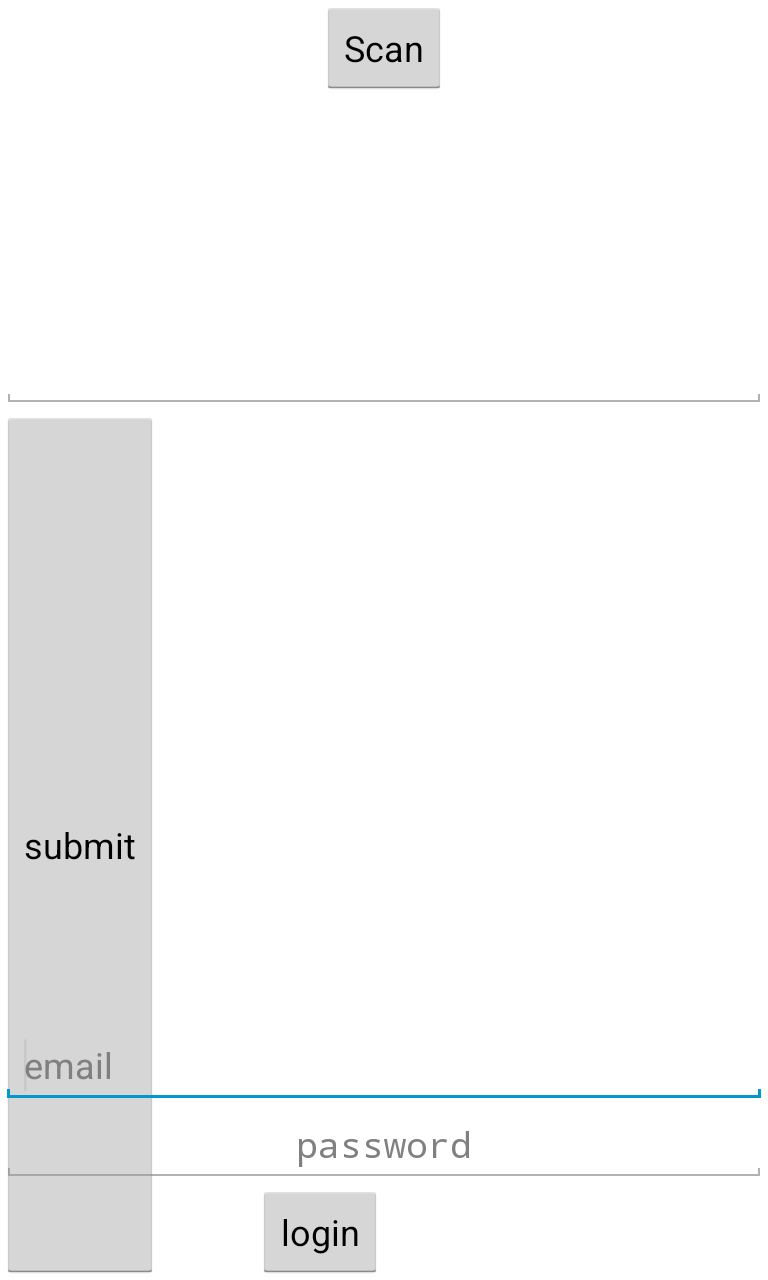
Repository: jessewang129/BarcodeScanner
Layout: nwhack/res/layout/activity_main.xml
An editor plug-in stored every save of this project. The layout is shown before and after the next save, followed by the edit.
It is drawn on a 768 x 1280 px phone screen (xhdpi) without system bars, with theme AppTheme; the app's code is not run.

Above is the layout before, as saved 2015-03-15 12:45:37.

After the next save:
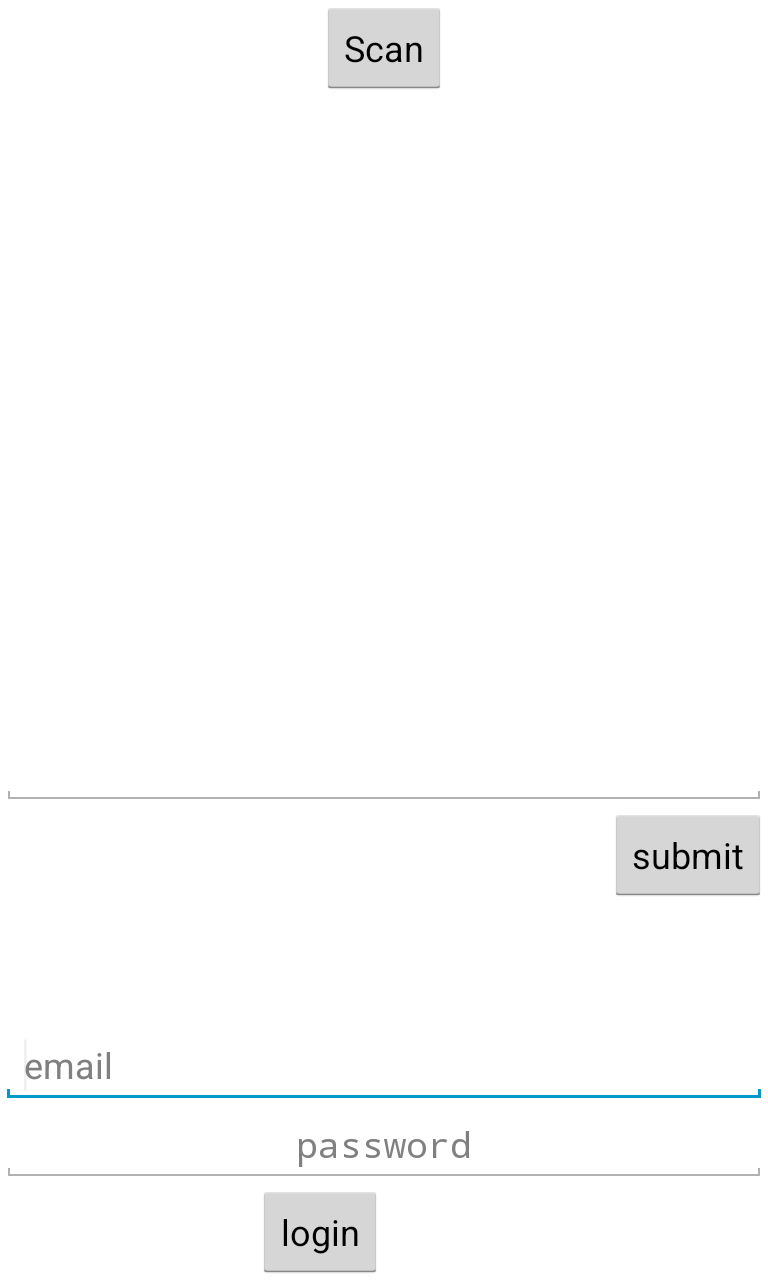
Saved 113 s later.
--- a/nwhack/res/layout/activity_main.xml
+++ b/nwhack/res/layout/activity_main.xml
@@ -51,23 +51,15 @@
 	    android:layout_toLeftOf="@+id/scan_format"
 	    android:text="@string/login" />
 
-	<Button
-	    android:id="@+id/submit_button"
-	    android:layout_width="wrap_content"
-	    android:layout_height="wrap_content"
-	    android:layout_alignParentBottom="true"
-	    android:layout_below="@+id/description"
-	    android:text="@string/submit" />
-
 	<EditText
 	    android:id="@+id/description"
 	    android:layout_width="fill_parent"
 	    android:layout_height="wrap_content"
+	    android:layout_above="@+id/submit_button"
+	    android:layout_alignParentLeft="true"
 	    android:layout_below="@+id/product_name"
-	    android:layout_alignParentLeft="true"
 	    android:ems="10"
-	    android:inputType="text"
-	    android:maxLines="1" />
+	    android:inputType="text" />
 
 	<EditText
 	    android:id="@+id/email_address"
@@ -92,4 +84,12 @@
 	    android:layout_marginTop="32dp"
 	    android:textAppearance="?android:attr/textAppearanceLarge" />
 
+	<Button
+	    android:id="@+id/submit_button"
+	    android:layout_width="wrap_content"
+	    android:layout_height="wrap_content"
+	    android:layout_above="@+id/login_result"
+	    android:layout_alignParentRight="true"
+	    android:text="@string/submit" />
+
 </RelativeLayout>
